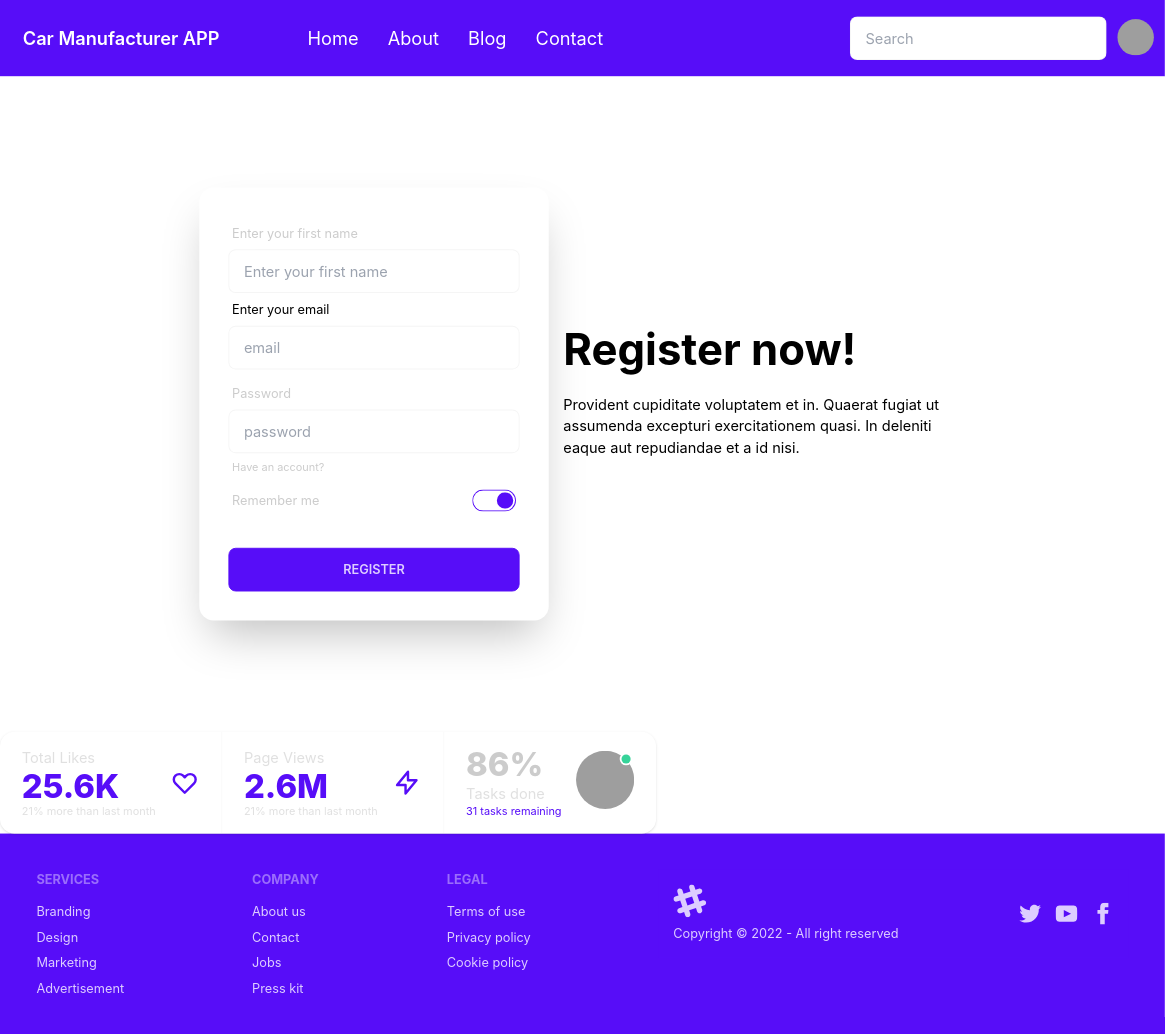
Repository: devsajid/car-manufacturer-app
Page: /register
An editor plug-in stored every save of this project. The page is shown before and after the next save, followed by the edit.
The browser window is 1280 px wide. The pictures show the whole page, at 91% of full size.
Pictures or frames that could not be fetched are drawn as grey boxes. The project was rebuilt for these pictures with package versions that can differ from the ones it lists, and the page was loaded fresh each time. Also part of the build but not shown: src/App.css, src/Pages/Home/Home.js, src/Pages/About/About.js, src/Pages/Blog/Blog.js, src/Pages/Contact/Contact.js, src/Pages/Register/Login/Login.js.

Above is the page before, as saved 2022-05-23 00:03:35.

After the next save:
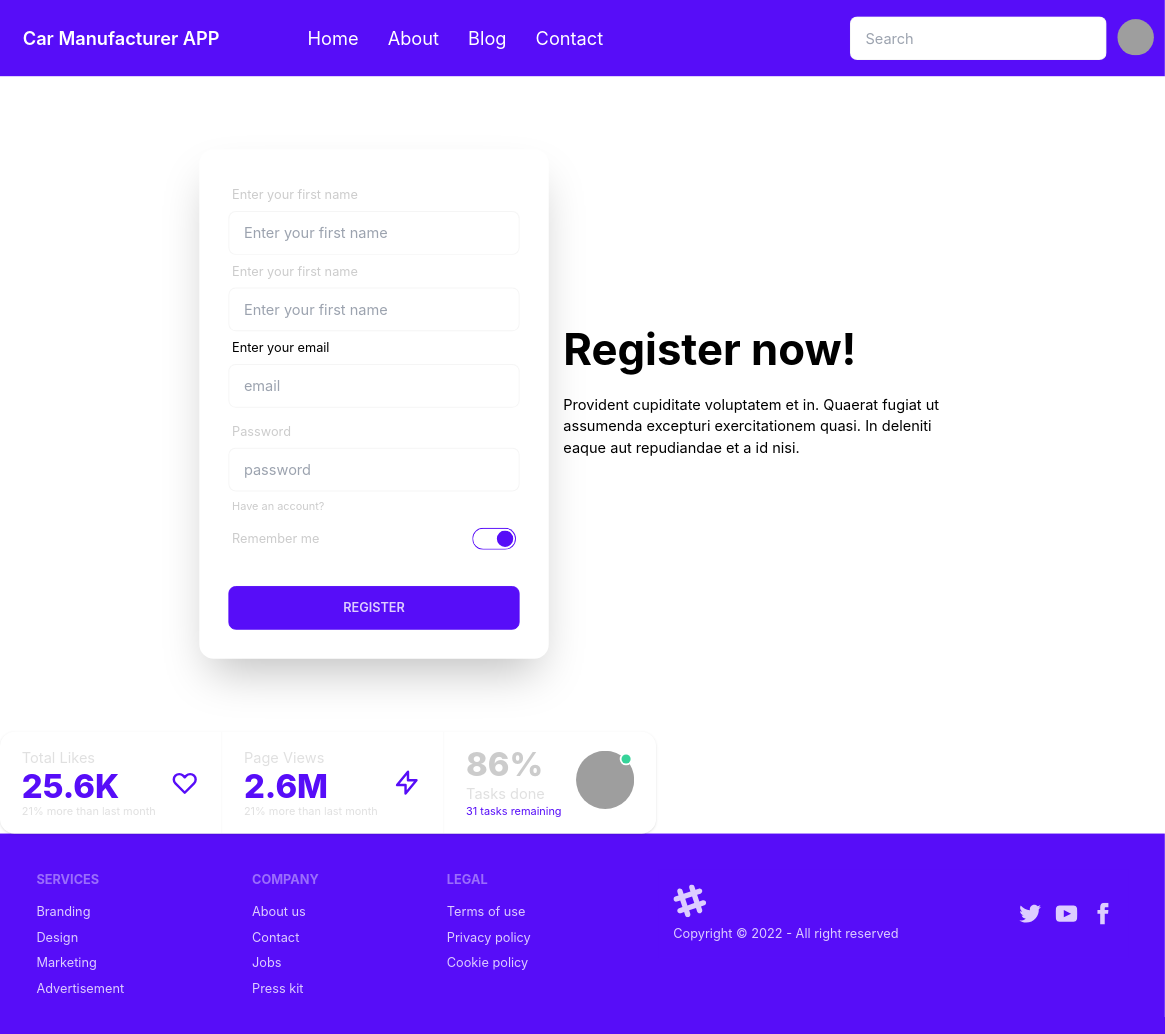
Saved 44 s later.
--- a/src/Pages/Register/Register.js
+++ b/src/Pages/Register/Register.js
@@ -17,6 +17,21 @@ const Register = () => {
           <div class="card flex-shrink-0 w-full max-w-sm shadow-2xl bg-base-100">
             <div class="card-body">
               <div class="form-control">
+                <div class="form-control text-black">
+                  <label class="label">
+                    <span
+                      class="label-text"
+                      placeholder="Enter your first name"
+                    >
+                      Enter your first name
+                    </span>
+                  </label>
+                  <input
+                    type="text"
+                    placeholder="Enter your first name"
+                    class="input input-bordered"
+                  />
+                </div>
                 <div class="form-control text-black">
                   <label class="label">
                     <span
